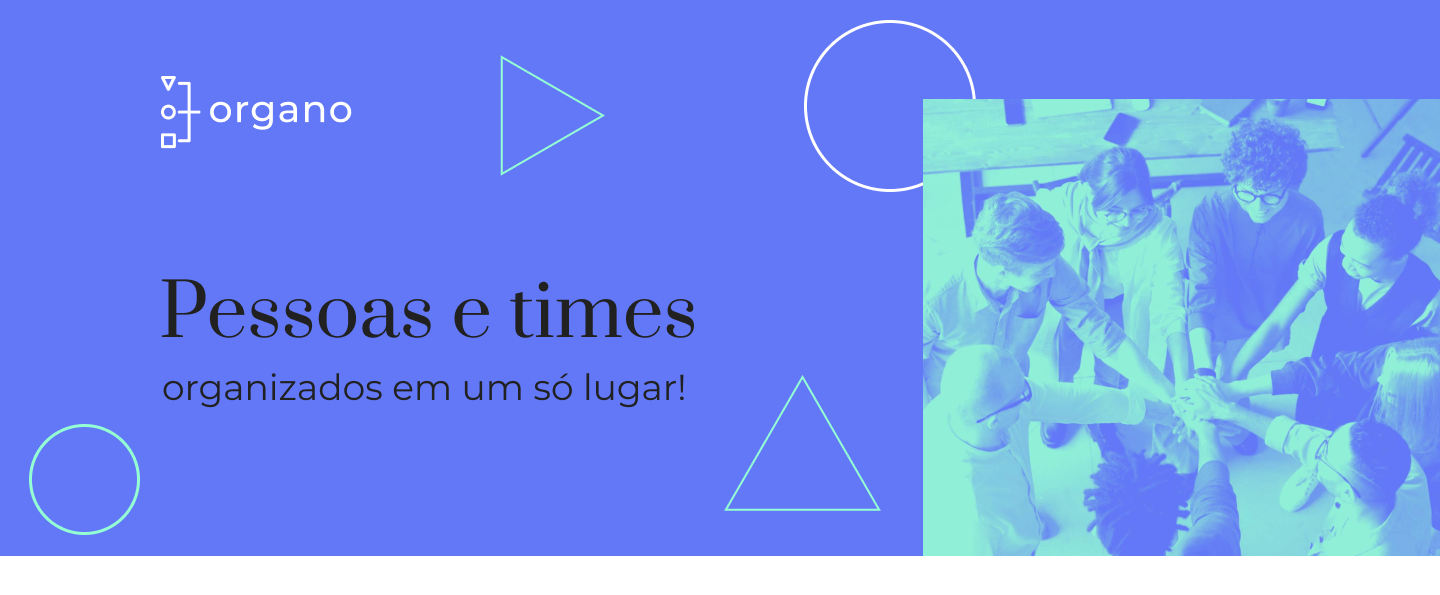
Repository: guilhermecardoso93/organo
Page: /
These files come from the project's save history. The page is drawn as it stood at one moment and after the next save; the edit follows.
The browser window is 1280 px wide. The page is 1440 px wide, then 1280 px, so the pictures cover 1440 px, including what lies to the right of the window. The pictures show the whole page.
The project was rebuilt for these pictures with package versions that can differ from the ones it lists, and the page was loaded fresh each time.

Above is the page before, as saved 2024-05-24 10:00:36.

After the next save:
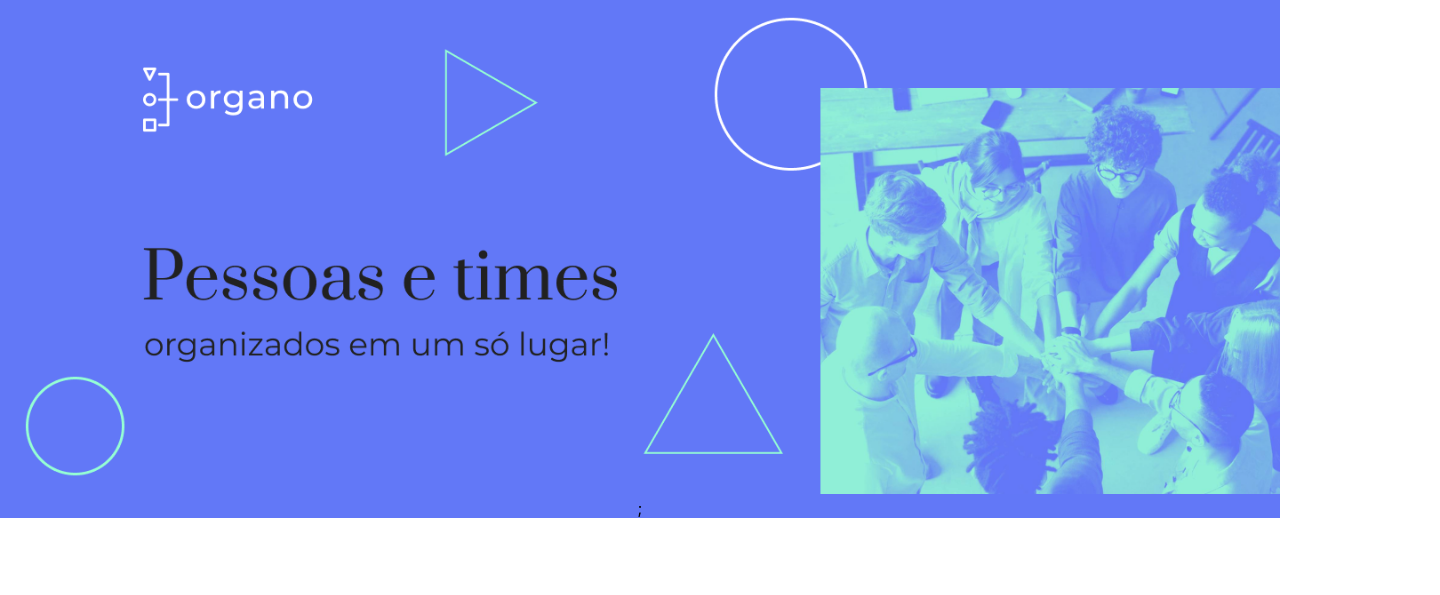
Saved 47 s later.
--- a/src/components/Banner/index.js
+++ b/src/components/Banner/index.js
@@ -2,5 +2,9 @@ import BannerBackground from "../../assets/imagens/banner.png";
 import "./styles.css";
 
 export function Banner() {
-  return <img src={BannerBackground} alt="Banner Principal da Página da Orgona" className="background-banner"/>;
+  return (
+    <header className="background-banner">
+      <img src={BannerBackground} alt="Banner Principal da Página da Orgona" />;
+    </header>
+  );
 }
